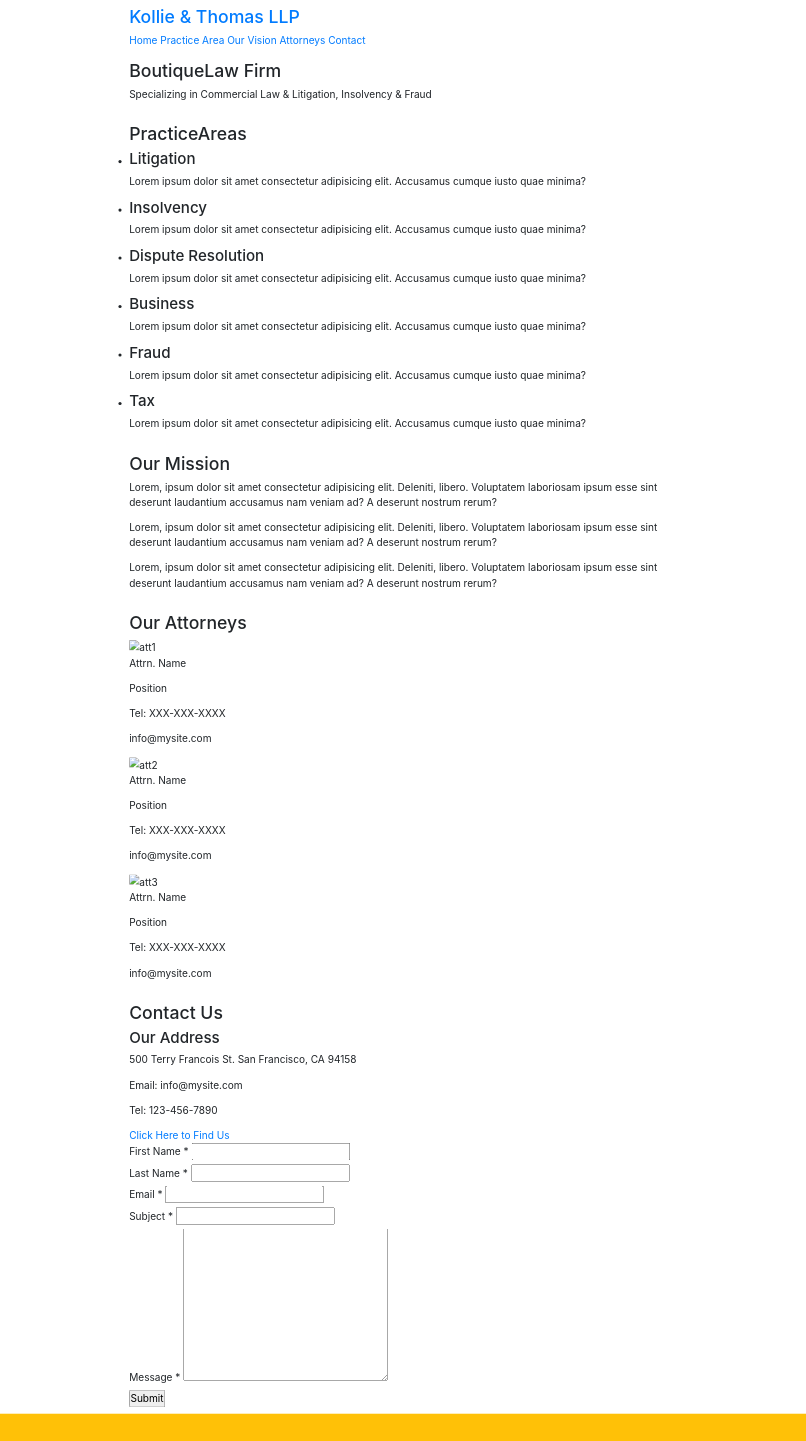
Repository: just-mann/kolllie-kolliellp
Page: index.html
These files come from the project's save history. The page is drawn as it stood at one moment and after a run of saves; the edit follows.
The browser window is 1280 px wide. The pictures show the whole page, at 63% of full size.

Above is the page before, as saved 2021-06-01 16:47:19.

### index.html
<!DOCTYPE html>
<html lang="en">
<head>
    <meta charset="UTF-8">
    <meta name="viewport" content="width=device-width, initial-scale=1.0">
    <meta http-equiv="X-UA-Compatible" content="ie=edge">
    <meta name="Description" content="Enter your description here"/>
    <!-- Font Awesome Icons -->
    <link rel="stylesheet" href="https://cdnjs.cloudflare.com/ajax/libs/font-awesome/5.15.3/css/all.min.css" referrerpolicy="no-referrer" />
    <link rel="stylesheet" href="https://cdnjs.cloudflare.com/ajax/libs/twitter-bootstrap/4.6.0/css/bootstrap.min.css">
    <link rel="stylesheet" href="https://cdnjs.cloudflare.com/ajax/libs/font-awesome/5.15.2/css/all.min.css">
    <link rel="stylesheet" href="assets/css/utilities.css">
    <link rel="stylesheet" href="assets/css/style.css">
    <title>Kollie & Thomas LLP</title>
</head>
<body>
    <nav class="myNavbar">
        <div class="myContainer">
            <a href="#" class="myLogo"><h3>Kollie & Thomas LLP</h3></a>
            <div class="links">
                <a href="#">Home</a>
                <a href="#practiceArea">Practice Area</a>
                <a href="#ourVision">Our Vision</a>
                <a href="#ourAttorneys">Attorneys</a>
                <a href="#contact">Contact</a>
            </div>
        </div>
    </nav>
    <section class="heroSection">
        <div class="myContainer">
            <h3><span>Boutique</span>Law Firm</h3>
            <p>Specializing in Commercial Law & Litigation, Insolvency & Fraud</p>
        </div>
    </section>
    <section class="practiceArea" id="practiceArea">
        <div class="myContainer">
            <div class="practiceArreaDiv">
                <div class="left__side">
                    <h3><span>Practice</span>Areas</h3>
                </div>
                <div class="right__side">
                    <ul>
                        <div class="left">
                            <li><h4>Litigation</h4></li>
                            <p>Lorem ipsum dolor sit amet consectetur adipisicing elit. Accusamus cumque iusto quae minima?</p>
                            <li><h4>Insolvency</h4></li>
                            <p>Lorem ipsum dolor sit amet consectetur adipisicing elit. Accusamus cumque iusto quae minima?</p>
                            <li><h4>Dispute Resolution</h4></li>
                            <p>Lorem ipsum dolor sit amet consectetur adipisicing elit. Accusamus cumque iusto quae minima?</p>
                        </div>
                        <div class="right">
                            <li><h4>Business</h4></li>
                            <p>Lorem ipsum dolor sit amet consectetur adipisicing elit. Accusamus cumque iusto quae minima?</p>
                            <li><h4>Fraud</h4></li>
                            <p>Lorem ipsum dolor sit amet consectetur adipisicing elit. Accusamus cumque iusto quae minima?</p>
                            <li><h4>Tax</h4></li>
                            <p>Lorem ipsum dolor sit amet consectetur adipisicing elit. Accusamus cumque iusto quae minima?</p>
                        </div>
                    </ul>
                </div>
            </div>
        </div>
    </section>
    <section class="ourVision" id="ourVision">
        <div class="myContainer">
            <div class="ourVisionDiv">
                <h3 class="">Our Mission</h3>
                <div>
                    <p>Lorem, ipsum dolor sit amet consectetur adipisicing elit. Deleniti, libero. Voluptatem laboriosam ipsum esse sint deserunt laudantium accusamus nam veniam ad? A deserunt nostrum rerum?</p>
                </div>
                <div>
                    <p>Lorem, ipsum dolor sit amet consectetur adipisicing elit. Deleniti, libero. Voluptatem laboriosam ipsum esse sint deserunt laudantium accusamus nam veniam ad? A deserunt nostrum rerum?</p>
                </div>
                <div>
                    <p>Lorem, ipsum dolor sit amet consectetur adipisicing elit. Deleniti, libero. Voluptatem laboriosam ipsum esse sint deserunt laudantium accusamus nam veniam ad? A deserunt nostrum rerum?</p>
                </div>
            </div>
        </div>
    </section>
    <div class="parallaxImg">

    </div>
    <section class="ourAttorneys" id="ourAttorneys">
        <div class="myContainer">
            <h3>Our Attorneys</h3>
            <div class="attorneysDiv">
                <div class="attCard">
                    <img src="" alt="att1">
                    <div>
                        <p>Attrn. Name</p>
                        <p>Position</p>
                    </div>
                    <div>
                        <p>Tel: XXX-XXX-XXXX</p>
                        <p>info@mysite.com</p>
                    </div>
                </div>
                <div class="attCard">
                    <img src="" alt="att2">
                    <div>
                        <p>Attrn. Name</p>
                        <p>Position</p>
                    </div>
                    <div>
                        <p>Tel: XXX-XXX-XXXX</p>
                        <p>info@mysite.com</p>
                    </div>
                </div>
                <div class="attCard">
                    <img src="" alt="att3">
                    <div>
                        <p>Attrn. Name</p>
                        <p>Position</p>
                    </div>
                    <div>
                        <p>Tel: XXX-XXX-XXXX</p>
                        <p>info@mysite.com</p>
                    </div>
                </div>
            </div>
        </div>
    </section>
    <section class="contact" id="contact">
        <div class="myContainer">
            <div class="contactDiv">
                <div class="left__side">
                    <h3>Contact Us</h3>
                </div>
                <div class="right__side">
                    <h4><span>Our</span> Address</h4>
                    <div class="addressDiv">
                        <p>500 Terry Francois St. San Francisco, CA 94158</p>
                        <p>Email: info@mysite.com</p>
                        <p>Tel:  123-456-7890</p>
                    </div>
                    <div class="clickToFind">
                        <a href="#">Click Here to Find Us</a>
                    </div>
                    <form action="">
                        <div class="left__side">
                            <div>
                                <label for="firstName">First Name *</label>
                                <input type="text" name="firstName" required>
                            </div>
                            <div>
                                <label for="lastName">Last Name *</label>
                                <input type="text" name="lastName" required>
                            </div>
                            <div>
                                <label for="email">Email *</label>
                                <input type="email" name="name" required>
                            </div>
                            <div>
                                <label for="subject">Subject *</label>
                                <input type="text" name="subject" required>
                            </div>
                        </div>
                        <div class="right__side">
                            <label for="message">Message *</label>
                            <textarea name="message" id="message" cols="30" rows="10" required></textarea>
                        </div>
                        <div>
                            <input type="submit" value="Submit">
                        </div>
                    </form>
                </div>
            </div>
        </div>
    </section>
    <section class="backUpTop bg-warning">
        <div class="myContainer">
            <i class="fad fa-chevron-double-up"></i>
        </div>
    </section>
    <!-- Optional Scripts -->
    <script src="assets/scripts/myScript.js"></script>
    <script src="https://cdnjs.cloudflare.com/ajax/libs/jquery/3.5.1/jquery.slim.min.js"></script>
    <script src="https://cdnjs.cloudflare.com/ajax/libs/popper.js/1.16.1/umd/popper.min.js"></script>
    <script src="https://cdnjs.cloudflare.com/ajax/libs/twitter-bootstrap/4.6.0/js/bootstrap.min.js"></script>
</body>
</html>

### assets/css/utilities.css


.myContainer {
    max-width: 900px;
    margin: 0 auto;
    padding: 10px 15px;
}

### assets/css/style.css
* {
    padding: 0;
    margin: 0;
    box-sizing: border-box;
}

html {
    scroll-behavior: smooth;
}

body {
    /* background-color: rgb(255, 255, 255); */
}

### assets/scripts/myScript.js
console.log('It works');

After the next 2 saves:
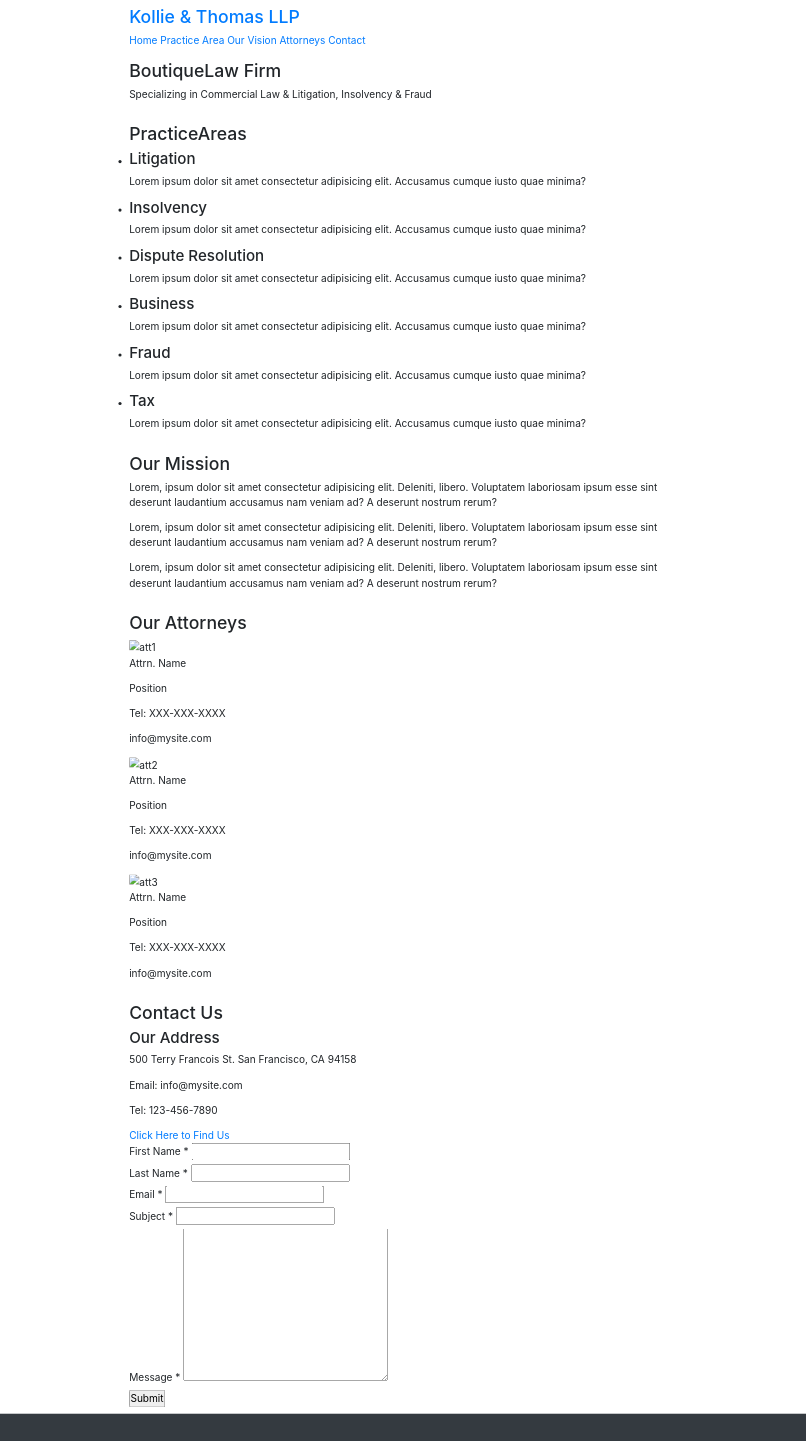
The 2 saves are shown as one change because they came seconds apart.
The last was saved 18 s later.
--- a/index.html
+++ b/index.html
@@ -167,7 +167,7 @@
             </div>
         </div>
     </section>
-    <section class="backUpTop bg-warning">
+    <section class="backUpTop bg-dark">
         <div class="myContainer">
             <i class="fad fa-chevron-double-up"></i>
         </div>
